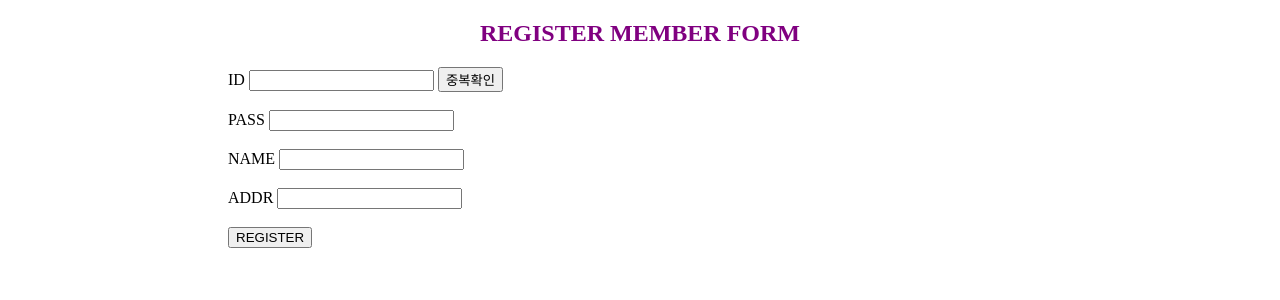
Repository: Niftrone/Kosa_Webs
Page: http://localhost/web16_CafeMember/register.jsp
An editor plug-in stored every save of this project. The page is shown before and after the next save, followed by the edit.
The browser window is 1280 px wide. The pictures show the whole page.
The page is served by Tomcat 9.

Above is the page before, as saved 2025-07-07 07:14:15.

After the next save:
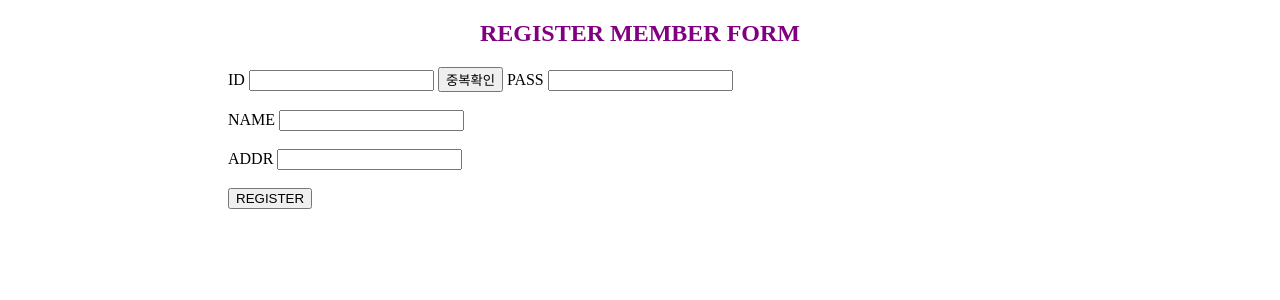
Saved 85 s later.
--- a/web16_CafeMember/src/main/webapp/register.jsp
+++ b/web16_CafeMember/src/main/webapp/register.jsp
@@ -21,7 +21,8 @@
 	<form action="register.do" method="post">
 
 		ID <input type="text" name="id" required="required">
-		<input type="button" value="중복확인" id="idCheck"/><br><br>
+		<input type="button" value="중복확인" id="idCheck"/>
+		<span id="resultView"></span>
 		PASS <input type="password" name="password" required="required"><br><br>
 		NAME <input type="text" name="name"><br><br>
 		ADDR <input type="text" name="address"><br><br>

After the save that followed:
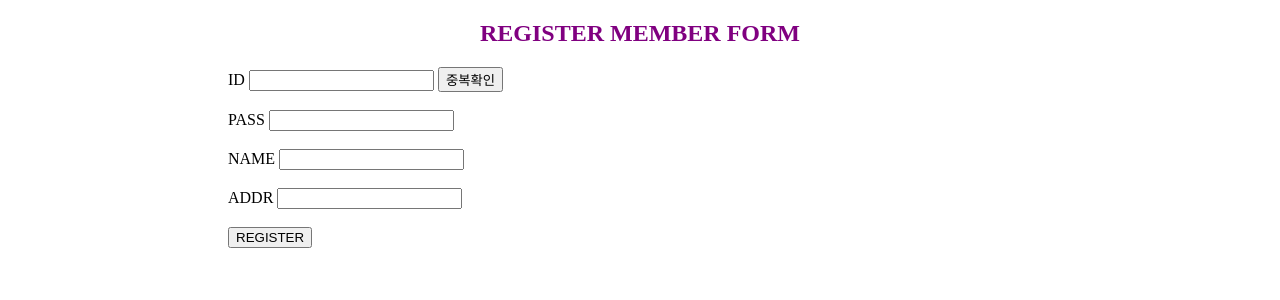
Saved 8 s later.
--- a/web16_CafeMember/src/main/webapp/register.jsp
+++ b/web16_CafeMember/src/main/webapp/register.jsp
@@ -22,7 +22,7 @@
 
 		ID <input type="text" name="id" required="required">
 		<input type="button" value="중복확인" id="idCheck"/>
-		<span id="resultView"></span>
+		<span id="resultView"></span><br><br>
 		PASS <input type="password" name="password" required="required"><br><br>
 		NAME <input type="text" name="name"><br><br>
 		ADDR <input type="text" name="address"><br><br>
